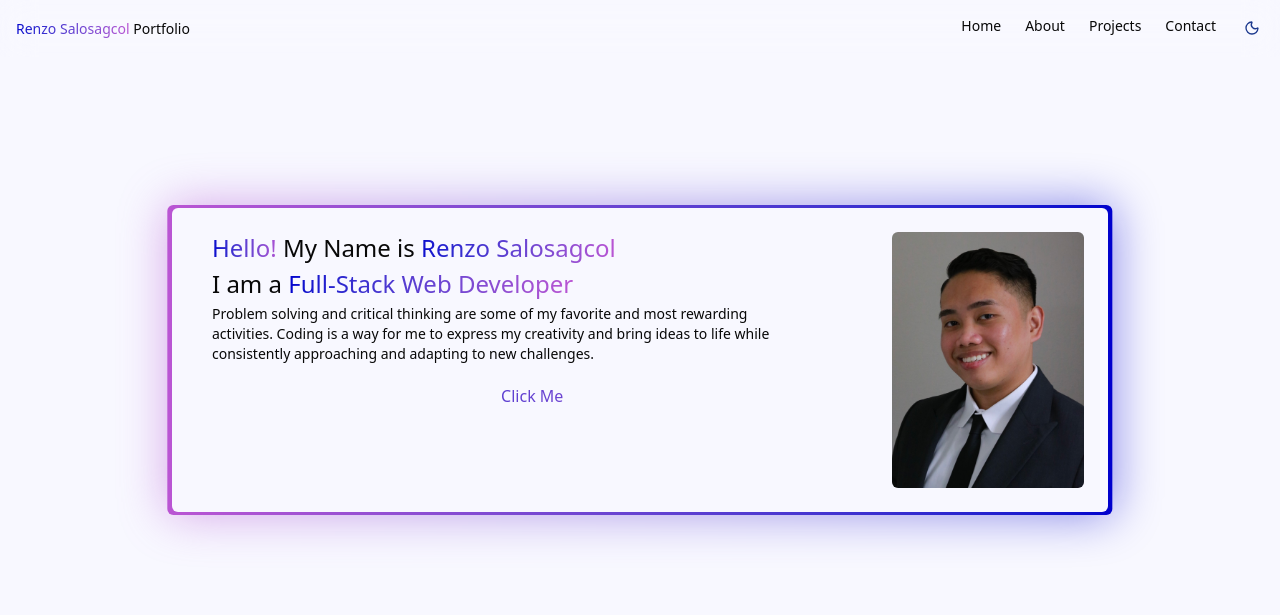
Repository: Renzo-Salosagcol/Updated_Personal_Portfolio
Page: /
The author's editor kept a copy of each file at every save. The page is drawn from the files as they stood at one save, then again after the next save.
The browser window is 1280 px wide. The pictures show the whole page.
The project was rebuilt for these pictures with package versions that can differ from the ones it lists, and the page was loaded fresh each time. Also part of the build but not shown: vite.config.js, src/pages/NotFound.jsx.

Above is the page before, as saved 2025-10-09 20:09:56.

After the next save:
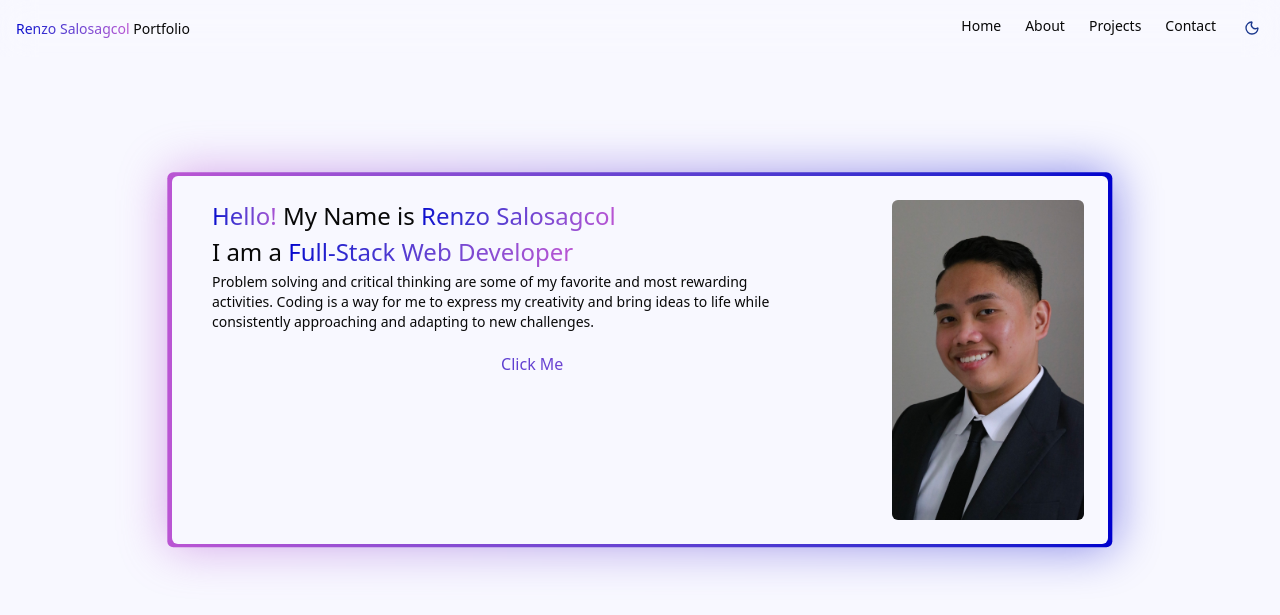
Saved 50 s later.
--- a/src/components/Hero.jsx
+++ b/src/components/Hero.jsx
@@ -21,7 +21,7 @@
             <img
             src="../../headshot.jpeg"
             alt="Headshot Photo"
-            className="rounded-md w-64 h-64 object-cover"
+            className="rounded-md w-64 h-80 object-cover"
             />
           </div>
       </div>

After the save that followed:
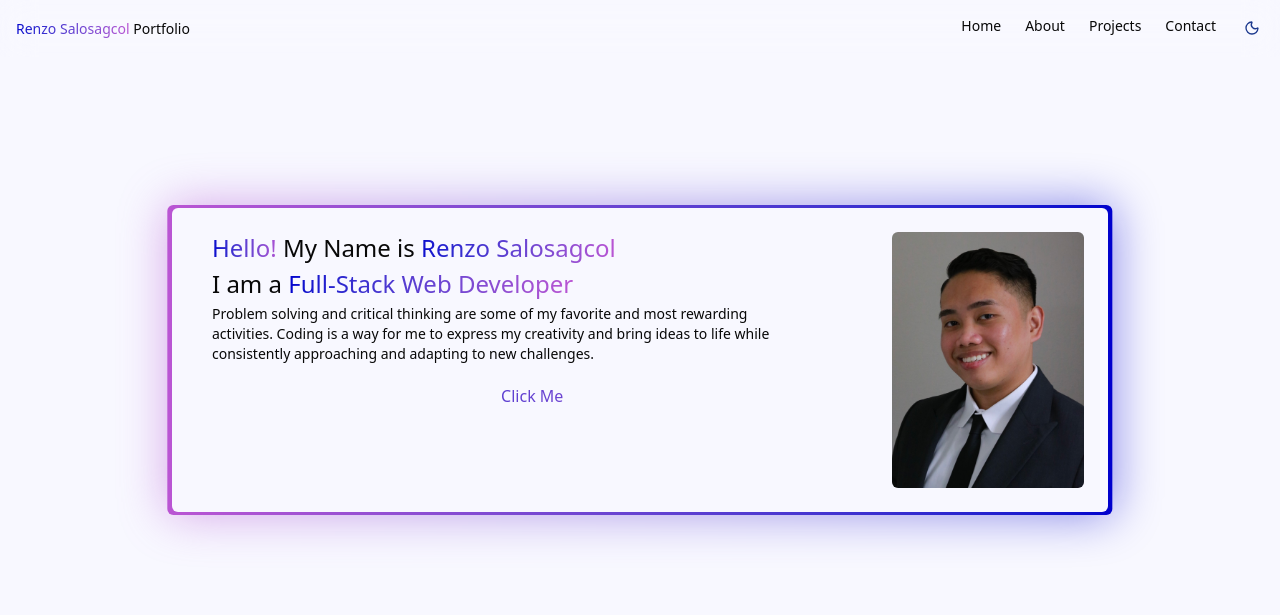
Saved 6 s later.
--- a/src/components/Hero.jsx
+++ b/src/components/Hero.jsx
@@ -21,7 +21,7 @@
             <img
             src="../../headshot.jpeg"
             alt="Headshot Photo"
-            className="rounded-md w-64 h-80 object-cover"
+            className="rounded-md w-64 h-64 object-cover"
             />
           </div>
       </div>
